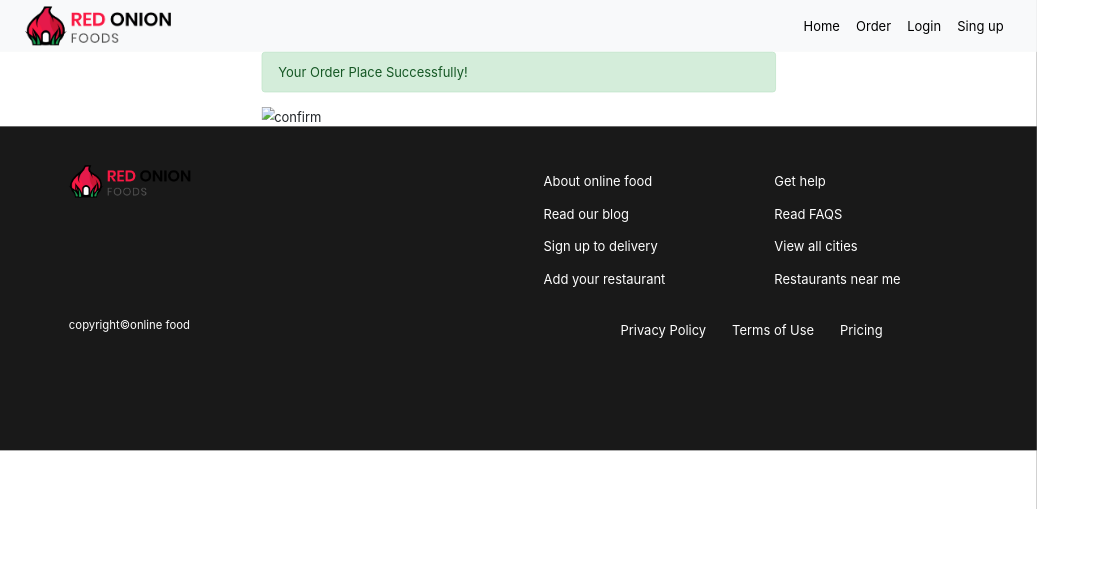
Repository: arif286/red-onion-client
Page: /checkOut
These files come from the project's save history. The page is drawn as it stood at one moment and after the next save; the edit follows.
The browser window is 1280 px wide. The page is 1280 px wide, then 1379 px, so the pictures cover 1379 px, including what lies to the right of the window. The pictures show the whole page, at 81% of full size.
The page's requests for data from a server got no answer. The project was rebuilt for these pictures with package versions that can differ from the ones it lists, and the page was loaded fresh each time. Some packages were replaced by stand-ins written for this rebuild. No one was signed in, and anything a server would have sent is missing. Also part of the build but not shown: src/App.css, src/components/CheckOut/CheckOut.css, src/components/CheckOut/CheckOutForm/CheckOutFrom.js, src/components/SearchBar/SearchBar.css, src/components/SearchBar/SearchBar.js, src/components/FoodDetails/FoodDetail.css, src/components/FoodDetails/FoodDetail.js, src/components/DeliveryFood/DeliveryFood.js and 12 more. Imported but missing from the stored project, and not drawn on this page: src/components/CheckOut/Map/Map.

Above is the page before, as saved 2021-04-06 03:23:19.

### public/index.html
<!DOCTYPE html>
<html lang="en">
  <head>
    <meta charset="utf-8" />
    <link rel="icon" href="%PUBLIC_URL%/favicon.ico" />
    <meta name="viewport" content="width=device-width, initial-scale=1" />
    <meta name="theme-color" content="#000000" />
    <meta
      name="description"
      content="Web site created using create-react-app"
    />
    <link rel="apple-touch-icon" href="%PUBLIC_URL%/logo192.png" />
    <!--
      manifest.json provides metadata used when your web app is installed on a
      user's mobile device or desktop. See https://developers.google.com/web/fundamentals/web-app-manifest/
    -->
    <link rel="manifest" href="%PUBLIC_URL%/manifest.json" />

    <!-- <link
      href="https://api.tiles.mapbox.com/mapbox-gl-js/v2.1.1/mapbox-gl.css"
      rel="stylesheet"
    /> -->
    <!--
      Notice the use of %PUBLIC_URL% in the tags above.
      It will be replaced with the URL of the `public` folder during the build.
      Only files inside the `public` folder can be referenced from the HTML.

      Unlike "/favicon.ico" or "favicon.ico", "%PUBLIC_URL%/favicon.ico" will
      work correctly both with client-side routing and a non-root public URL.
      Learn how to configure a non-root public URL by running `npm run build`.
    -->
    <title>Red Onion</title>
  </head>
  <body>
    <noscript>You need to enable JavaScript to run this app.</noscript>
    <div id="root"></div>
    <!--
      This HTML file is a template.
      If you open it directly in the browser, you will see an empty page.

      You can add webfonts, meta tags, or analytics to this file.
      The build step will place the bundled scripts into the <body> tag.

      To begin the development, run `npm start` or `yarn start`.
      To create a production bundle, use `npm run build` or `yarn build`.
    -->
  </body>
</html>

### src/App.js
import "bootstrap/dist/css/bootstrap.min.css";
import React, { createContext, useState } from "react";
import { BrowserRouter as Router, Route, Switch } from "react-router-dom";
import './App.css';
import CheckOut from "./components/CheckOut/CheckOut";
import Map from "./components/CheckOut/Map/Map";
import FoodDetail from "./components/FoodDetails/FoodDetail";
import Footer from "./components/Footer/Footer";
import Header from "./components/Header/Header";
import Home from './components/Home/Home';
import Login from "./components/LogIn/Login";
import Order from "./components/Order/Order";
import SingUp from "./components/SingUp/SingUp";


export const UserContext = createContext();
function App() {
  const [loggedInUser, setLoggedInUser] = useState({});
  return (
    <UserContext.Provider value={[loggedInUser, setLoggedInUser]}>
      <Router>
        <Header />
        <Switch>
          <Route path="/home">
            <Home />
          </Route>
          <Route path="/signUp">
            <SingUp />
          </Route>
          <Route path="/login">
            <Login />
          </Route>
          <Route path="/food/details/:foodId">
            <FoodDetail />
          </Route>
          <Route path='/checkOut'>
            <CheckOut/>
          </Route>
          <Route path='/order'>
            <Order/>
          </Route>
          <Route path='/map'>
            <Map/>
          </Route>
          <Route exact path="/">
            <Home/>
          </Route>
        </Switch>
        <Footer />
      </Router>
    </UserContext.Provider>
  );

}

export default App;

### src/components/CheckOut/CheckOut.js
import axios from "axios";
import React, { useContext, useEffect, useState } from "react";
import { Alert } from "react-bootstrap";
import { UserContext } from "../../App";
import "./CheckOut.css";
import CheckOutFrom from "./CheckOutForm/CheckOutFrom";
import Map from "./Map/Map";

const CheckOut = () => {
  const [loggedInUser, setLoggedInUser] = useContext(UserContext);
  const [cart, setCart] = useState({});
  const { count, foodId } = loggedInUser;
  useEffect(() => {
    axios
      .get(`http://localhost:5000/foodDetails/${foodId}`)
      .then((res) => {
        setCart(res.data);
      })
      .catch((err) => console.log(err));
  }, [foodId]);

  const { name: foodName, picture, price } = cart;

  const [deliverInfo, setDeliverInfo] = useState({});
  const [map, setMap] = useState(true);

  const { name, address, phone, email } = deliverInfo;

  const fixNumber = (str, num) => {
    const price = Number(str);
    const multiplication = price * num;
    return multiplication.toFixed(2);
  };
  const subTotal = fixNumber(price, count);
  const vat = fixNumber(subTotal, 0.07);

  let deliveryFee;

  if (subTotal < 50) {
    deliveryFee = 3.5;
  } else if (subTotal > 50) {
    deliveryFee = 2.5;
  }
  const total = (Number(subTotal) + Number(vat) + deliveryFee).toFixed(2);

   const [confirmOrder, setConfirmOrder] = useState(false);
  const handleOrder = () => {
    const orderFood = { ...deliverInfo };
    orderFood.totalPrice = total;
    orderFood.quantity = count;
    orderFood.foodId = foodId;
    console.log(orderFood);
    axios
      .post("http://localhost:5000/order", orderFood)
      .then((res) => setConfirmOrder(res.data))
      .catch((err) => console.log(err));
  };

  return (
    <div className="container">
      {!confirmOrder ? (
        <div className="row justify-content-center">
          <div className="col-md-7">
            <Alert variant="success">Your Order Place Successfully! </Alert>
            <img src={confirmOrder} alt="confirm" />
          </div>
        </div>
      ) : (
        <div className="row mt-5 justify-content-between">
          <div className="col-md-7 col-sm-12">
            {!map ? (
              <Map />
            ) : (
              <CheckOutFrom deliverInfo={setDeliverInfo} map={setMap} />
            )}
          </div>
          <div className="col-md-4 col-sm-12 ">
            <div className="delivery-info">
              <p>
                <strong>Name:</strong> {name}
              </p>
              <p>
                <strong>Address:</strong> {address}
              </p>
              <p>
                <strong>Phone:</strong> {phone}
              </p>
            </div>
            <div className="card">
              <div className="d-flex justify-content-between">
                <img
                  style={{ width: "100px", objectFit: "contain" }}
                  src={picture}
                  alt=""
                />
                <div style={{ padding: "1.25rem" }}>
                  <h6>{foodName}</h6>
                  <p>price: ${price}</p>
                  <p>quantity: {count}</p>
                </div>
              </div>
            </div>
            <div className="card-body">
              <p>
                subtotal item <span>${subTotal}</span>
              </p>
              <p>Tax ${vat}</p>
              <p>Delivery fee ${deliveryFee}</p>
              <p>Total ${total}</p>
              <button
                onClick={handleOrder}
                disabled={map}
                className="btn btn-danger w-100"
              >
                Place Order
              </button>
            </div>
          </div>
        </div>
      )}
    </div>
  );
};

export default CheckOut;

### src/components/Footer/Footer.js
import React from 'react';
import { NavLink } from 'react-bootstrap';
import Logo from '../../onion-restaurent/logo2.png';
import './Footer.css';

const Footer = () => {
    return (
      <footer>
        <div className="container">
          <div className="row pt-5">
            <div className="col-md-6 col-sm-12 pb-4">
              <img className="footer-img" src={Logo} alt="" />
            </div>
            <div className="col-md-3 col-sm-12 pb-4">
              <ul className="nav flex-column">
                <li className="nav-item">
                  <NavLink
                    className="nav-link active footer-link"
                    aria-current="page"
                    to="/"
                  >
                    About online food
                  </NavLink>
                </li>
                <li className="nav-item">
                  <NavLink className="nav-link footer-link" to="/">
                    Read our blog
                  </NavLink>
                </li>
                <li className="nav-item">
                  <NavLink className="nav-link footer-link" to="/">
                    Sign up to delivery
                  </NavLink>
                </li>
                <li className="nav-item">
                  <NavLink className="nav-link footer-link" to="/">
                    Add your restaurant
                  </NavLink>
                </li>
              </ul>
            </div>
            <div className="col-md-3 col-sm-12 pb-4">
              <ul className="nav flex-column">
                <li className="nav-item">
                  <NavLink
                    className="nav-link footer-link"
                    aria-current="page"
                    to="/"
                  >
                    Get help
                  </NavLink>
                </li>
                <li className="nav-item">
                  <NavLink className="nav-link footer-link" to="/">
                    Read FAQS
                  </NavLink>
                </li>
                <li className="nav-item">
                  <NavLink className="nav-link footer-link" to="/">
                    View all cities
                  </NavLink>
                </li>
                <li className="nav-item">
                  <NavLink className="nav-link footer-link" to="/">
                    Restaurants near me
                  </NavLink>
                </li>
              </ul>
            </div>
          </div>

          <div className="row">
            <div className="col-md-7">
              <p className='copy-right'>
                <small>
                  copyright<span>&#169;</span>online food
                </small>
              </p>
            </div>
            <div className="col-md-5">
              <div className='d-flex'>
                <NavLink className="footer-link">Privacy Policy</NavLink>
                <NavLink className="footer-link">Terms of Use</NavLink>
                <NavLink className="footer-link">Pricing</NavLink>
              </div>
            </div>
          </div>
        </div>
      </footer>
    );
};

export default Footer;

### src/components/Header/Header.js
import { faShoppingCart } from "@fortawesome/free-solid-svg-icons";
import { FontAwesomeIcon } from "@fortawesome/react-fontawesome";
import React from 'react';
import { NavLink } from "react-router-dom";
import logo from '../../onion-restaurent/logo2.png';
import './Header.css';
const cart = <FontAwesomeIcon icon={faShoppingCart} />;
const Header = () => {
    const header = {
        logo : {width: '180px'}
    }
    return (
      <div>
        <nav className="navbar navbar-expand-lg navbar-light bg-light">
          <div className="container-fluid">
            <div>
              <img style={header.logo} src={logo} alt="" />
            </div>
            <button
              className="navbar-toggler"
              type="button"
              data-bs-toggle="collapse"
              data-bs-target="#navbarNav"
              aria-controls="navbarNav"
              aria-expanded="false"
              aria-label="Toggle navigation"
            >
              <span className="navbar-toggler-icon"></span>
            </button>
            <div
              className="collapse  navbar-collapse justify-content-end"
              id="navbarNav"
            >
              <ul className="navbar-nav align-items-center">
                <li className="nav-item">
                  <NavLink className="header-link" to="/">
                    Home
                  </NavLink>
                </li>
                <li className="nav-item">
                  <NavLink className="header-link" to="/order">
                    Order
                  </NavLink>
                </li>
                <li className="nav-item">
                  <NavLink className="header-link" to="/login">
                    Login
                  </NavLink>
                </li>
                <li className="nav-item">
                  <NavLink className="header-link" to="/signUp">
                    Sing up
                  </NavLink>
                </li>
              </ul>
            </div>
          </div>
        </nav>
      </div>
    );
};

export default Header;

### src/components/Footer/Footer.css
.footer-img {
  width: 150px;
}
footer {
  background-color: #191919;
  height: 400px;
}
.footer-link {
  color: white;
}
.footer-link:hover {
  color: #878787;
}
.copy-right {
  color: white;
}

### src/components/Header/Header.css
.header-link {
  color: black;
  display: inline-block;
  padding: 10px;
}
.header-link:hover {
  text-decoration: none;
  color: #777777;
}
.cart-btn {
  border: none;
  background: none;
}

Loaded but not shown: src/index.js (common file); src/index.css (common file); src/reportWebVitals.js (common file)

After the next save:
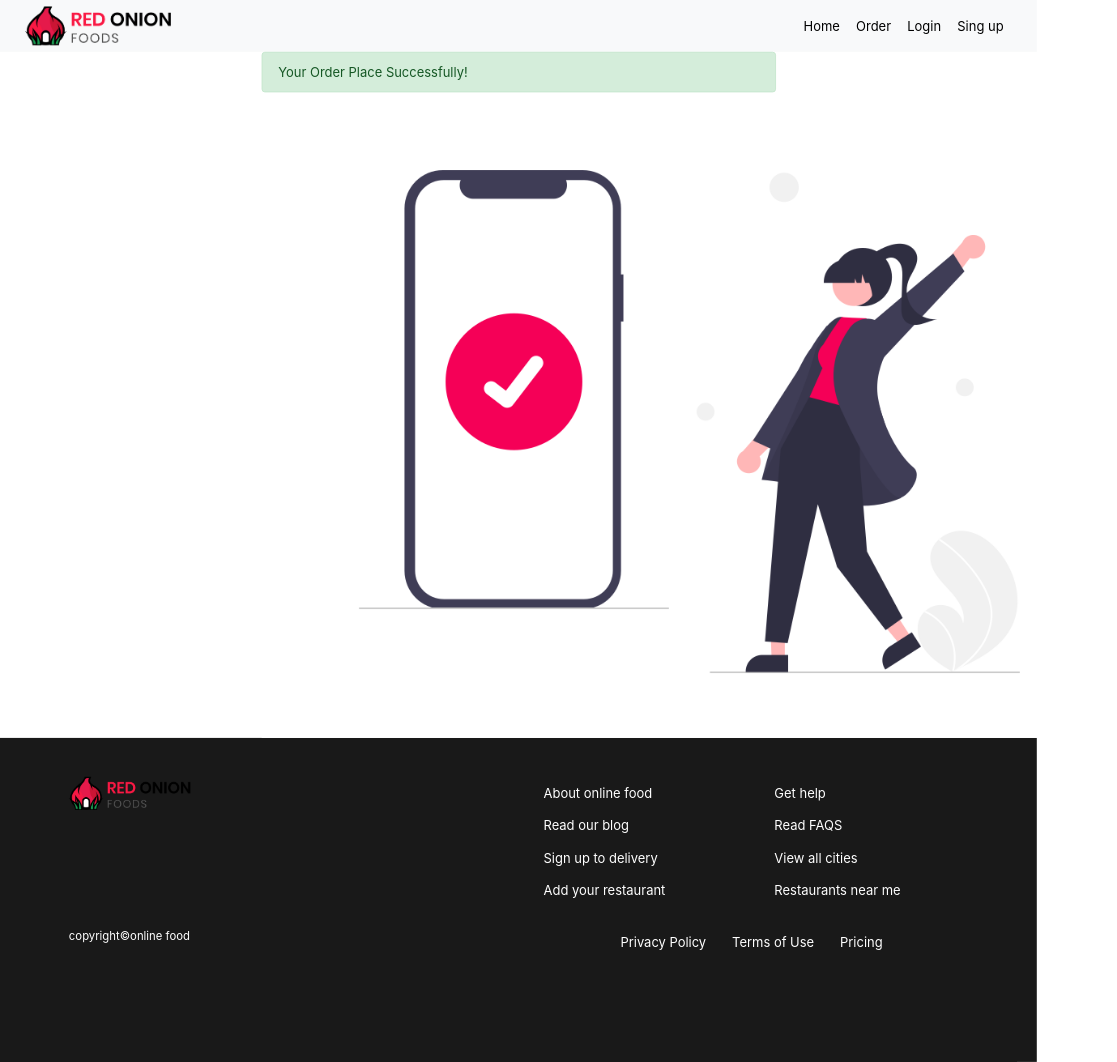
Saved 73 s later.
--- a/src/components/CheckOut/CheckOut.js
+++ b/src/components/CheckOut/CheckOut.js
@@ -2,6 +2,7 @@ import axios from "axios";
 import React, { useContext, useEffect, useState } from "react";
 import { Alert } from "react-bootstrap";
 import { UserContext } from "../../App";
+import Order from "../../onion-restaurent/Image/confirmOrder.png";
 import "./CheckOut.css";
 import CheckOutFrom from "./CheckOutForm/CheckOutFrom";
 import Map from "./Map/Map";
@@ -62,7 +63,7 @@ const CheckOut = () => {
         <div className="row justify-content-center">
           <div className="col-md-7">
             <Alert variant="success">Your Order Place Successfully! </Alert>
-            <img src={confirmOrder} alt="confirm" />
+            <img src={Order} alt="confirm" />
           </div>
         </div>
       ) : (
